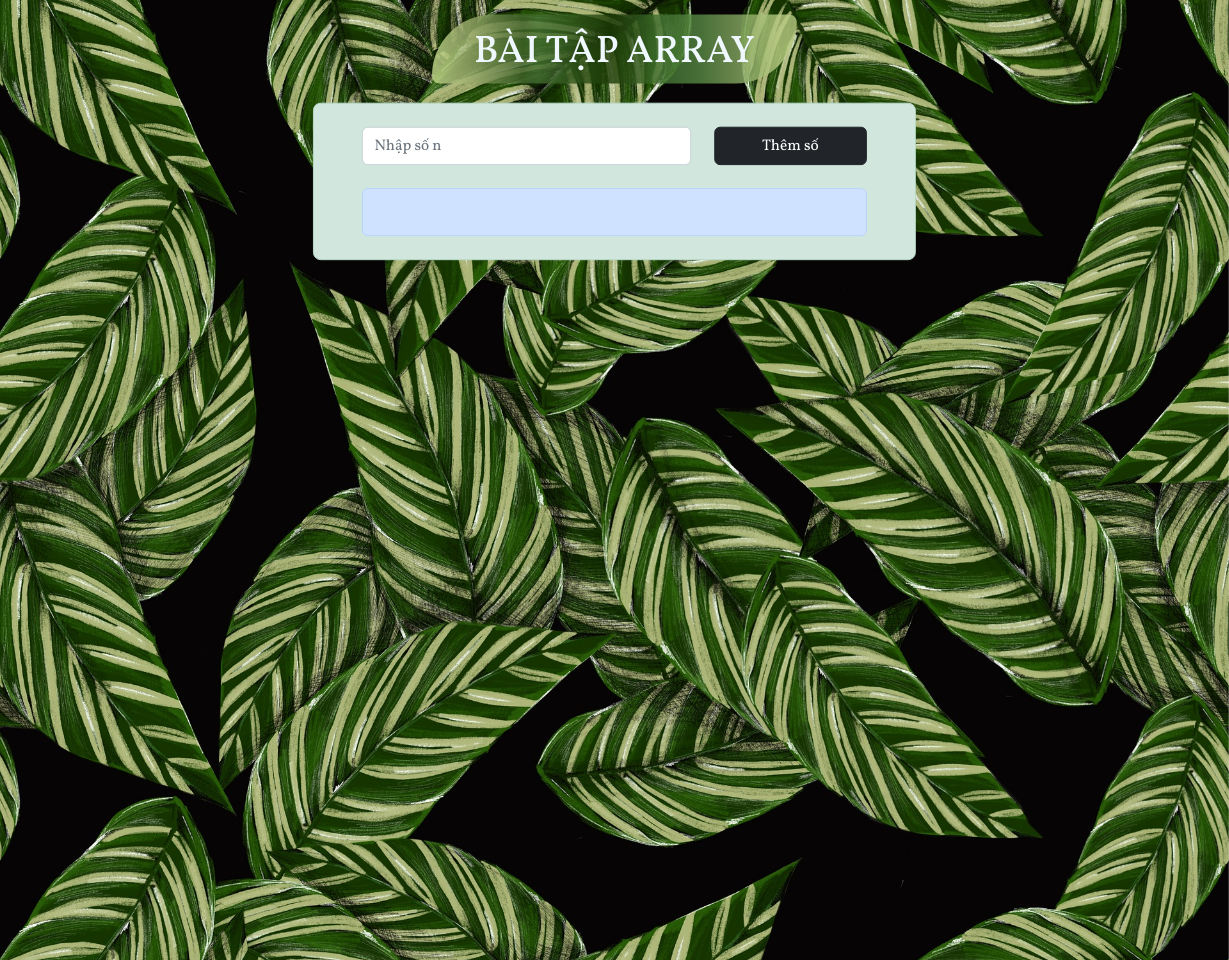
Repository: hcozyph/TranHuuPhuoc_BC43_BT_JS_Buoi7_8_ARRAY
Page: index.html
These files come from the project's save history. The page is drawn as it stood at one moment and after the next save; the edit follows.
The browser window is 1280 px wide. The pictures show the whole page, at 96% of full size.

Above is the page before, as saved 2023-02-20 22:40:44.

After the next save:
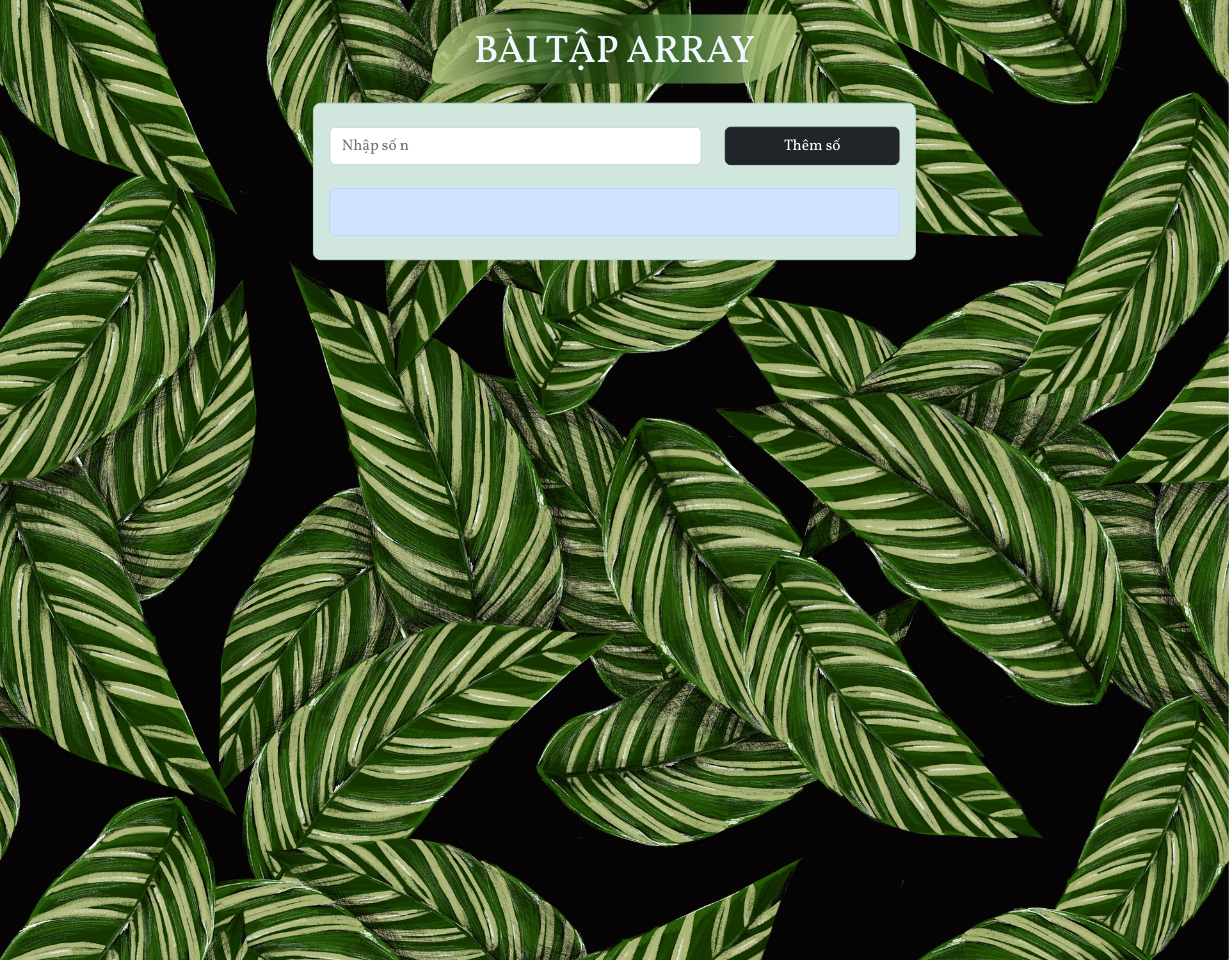
Saved 6 s later.
--- a/index.html
+++ b/index.html
@@ -36,7 +36,7 @@
 
                 <div
                     class="alert alert-success w-50 text-center d-block rounded-3 py-4"
-                    style="margin: 20px auto; padding: 50px"
+                    style="margin: 20px auto"
                 >
                     <div class="row row-cols-3">
                         <div class="col-8">
